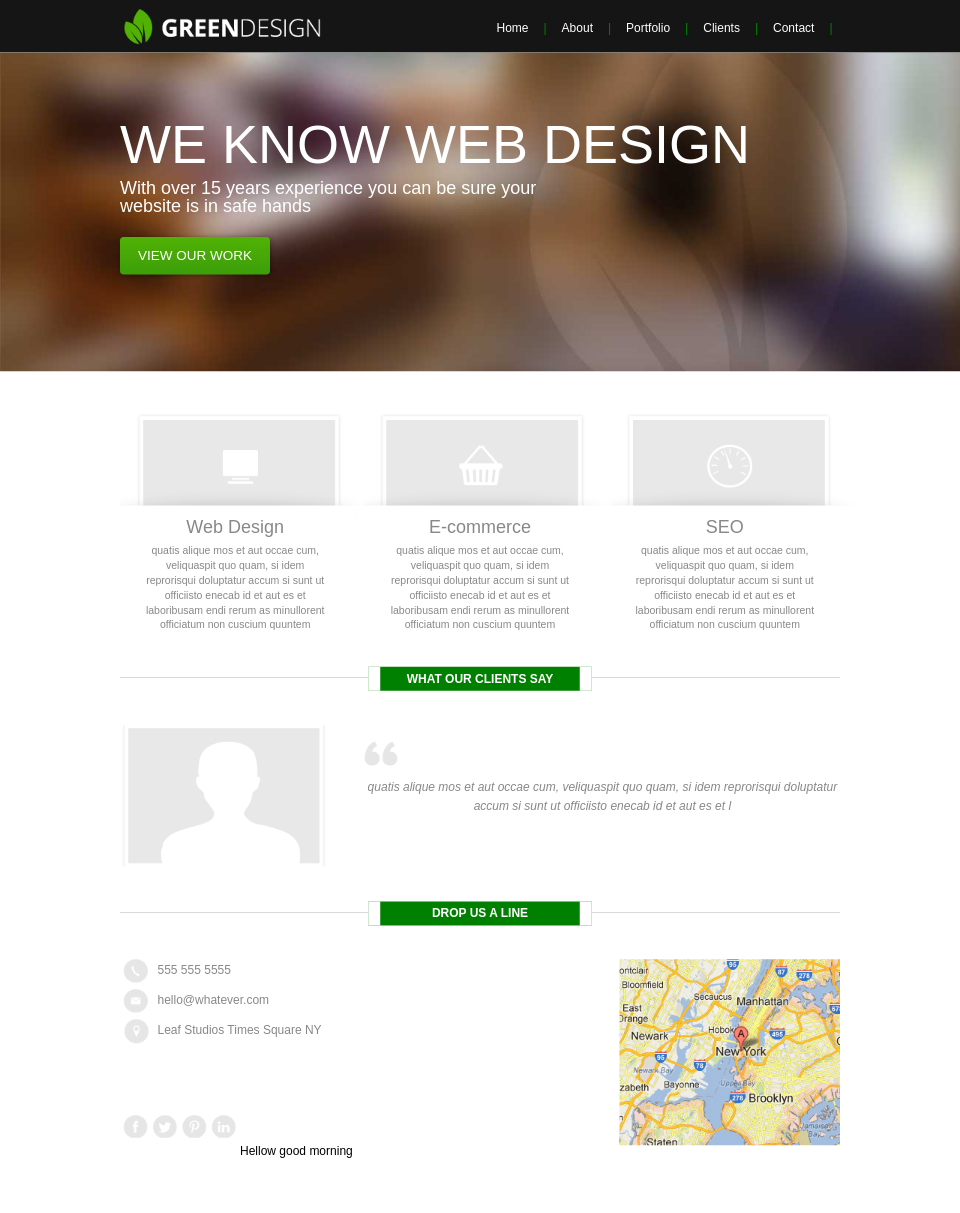
Repository: prathmeshgodbole/Javascript
Page: Basics/Jquery/index.html
These files come from the project's save history. The page is drawn as it stood at one moment and after the next save; the edit follows.
The browser window is 1280 px wide. The pictures show the whole page, at 75% of full size.

Above is the page before, as saved 2020-08-07 15:47:50.

After the next save:
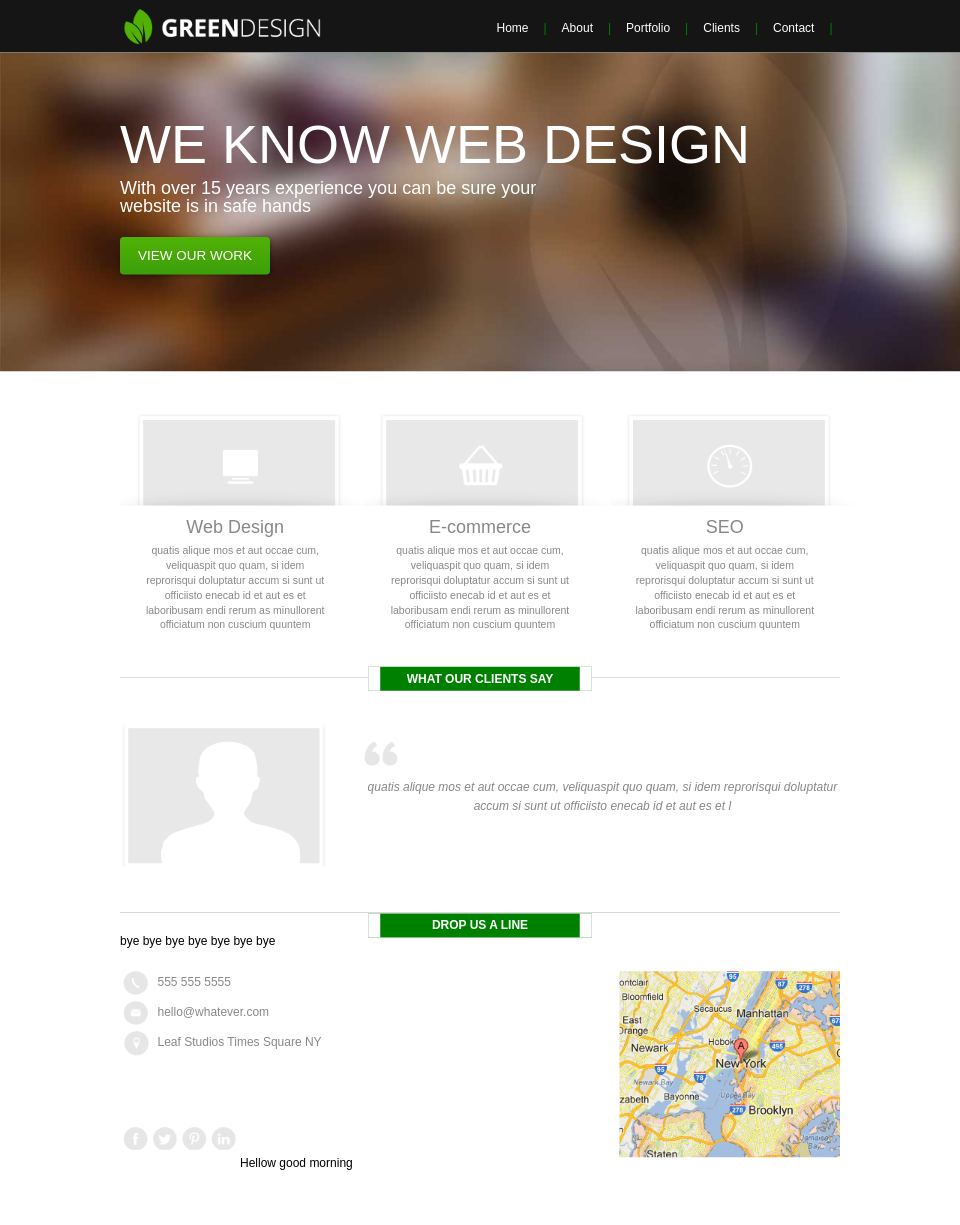
Saved 25 s later.
--- a/Basics/Jquery/scripts/adding-content.js
+++ b/Basics/Jquery/scripts/adding-content.js
@@ -3,7 +3,7 @@
  //append()
  $("#contact").append(paragraph);
  //  //prepend()
- //  $("#contact").prepend(para);
+ $("#contact").prepend(para);
  //  //  //before()
  //  $("#contact").before(para);
  //  //  //after()
